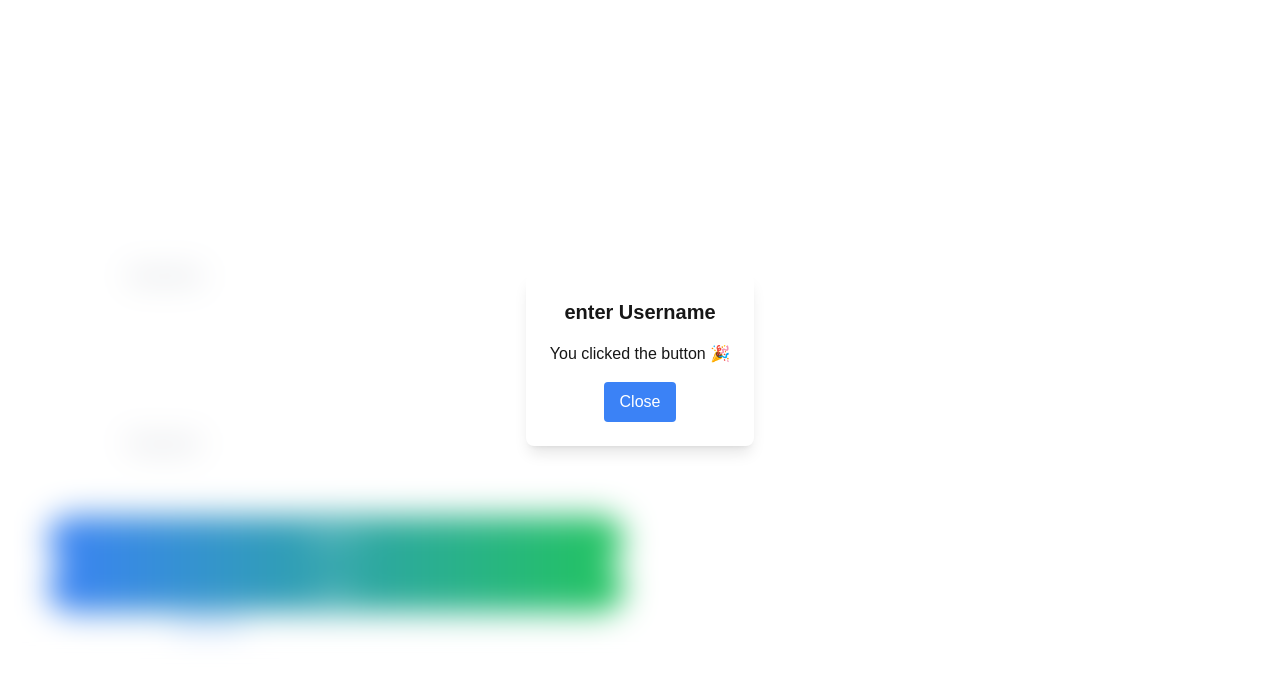
Repository: oxniw/usingmoney
Page: /signin, after clicking the first element matching `span.text-blue-500`
An editor plug-in stored every save of this project. The page is shown before and after the next save, followed by the edit.
The browser window is 1280 px wide. The pictures show the whole page.
The project was rebuilt for these pictures with package versions that can differ from the ones it lists, and the page was loaded fresh each time. The framework's server and built-in components were replaced by stand-ins that run in the browser. Also part of the build but not shown: next.config.ts. Imported but missing from the stored project, and not drawn on this page: components/ui/wavy-background.

Above is the page before, as saved 2025-04-09 18:49:50.

### src/app/signin/page.jsx
"use client";

import React, { useEffect, useState } from 'react';
import { useRouter } from 'next/navigation';
import { WavyBackground } from "../../../components/ui/wavy-background";
import '../components/animations.css'; // Import the animations CSS file
import Opup from './opop';
import axios from 'axios';
function Background() {
  const [username, setUsername] = useState("");
  const [password, setPassword] = useState("");
  const [birthday, setBirthday] = useState("");
  const [gender, setGender] = useState("");
  const [error, setError] = useState([]);
  const [showPopup, setShowPopup] = useState(false);
  const router = useRouter();
  const send = async () =>{
    const res = await axios.post("http://127.0.0.1:5000/api/signin", {username: username, password: password})
    return res.data
  }
  const goToAbout = () => {
    if ((username && password !== "") && (username && password !== null)) {
      send().then((data) => {
        console.log(data.message);
        console.log(data);
        if (data.message === "ok") {
          localStorage.setItem("username", username);
          localStorage.setItem("username", password);
          localStorage.setItem("day", "");
          router.push("/about");
        } else {
          setError(data.why)
        }
      })
    }

  };
  const goTologin = () => {

    router.push("/");
  }

  useEffect(() => {
    if(localStorage.getItem("username") !== null && localStorage.getItem("password") !== null){
      router.push("/about");
    }
  }, []);
//<WavyBackground className="fixed inset-0 w-full h-full z-0 bg-cover bg-center"/>
  return (
    <div className="relative h-screen overflow-y-scroll overflow-hidden">
      <div className="grid relative max-w-7xl max-h-7xl-lg rounded-2xl">
          <div className="relative mt-8 w-full max-w-2xl bg-gradient-to-r text-white p-12 rounded-3xl-lg fade-in top-10">
            <h1 className="text-white text-4xl md:text-6xl font-bold fade-in">Sign up</h1>
            <div className="relative w-full max-w-2xl bg-gradient-to-r text-white p-12 rounded-3xl-lg fade-in">
              <p className="relative z-10">username</p>
              <input
              onChange={(e) => setUsername(e.target.value)}
                className="relative z-10 w-full px-8 py-3 max-w-2xl rounded-3xl text-gray-700 bg-white focus:outline-none focus:ring-2 focus:ring-indigo-500"
                type="text"
                placeholder="Username"
              />
            </div>
            <div className="relative w-full max-w-2xl bg-gradient-to-r text-white p-12 rounded-3xl-lg fade-in">
              <p className="relative z-10">password</p>
              <input
              onChange={(e) => setPassword(e.target.value)}
                className="relative z-10 w-full max-w-2xl px-8 py-3 rounded-3xl text-gray-700 bg-white focus:outline-none focus:ring-2 focus:ring-indigo-500"
                type="password"
                placeholder="Password"
              />
            </div>
            <button
              onClick={goToAbout}
              className="relative z-10 w-full max-w-3xl py-3 rounded-3xl text-white bg-gradient-to-r from-blue-500 to-green-500 hover:from-blue-700 hover:to-green-700 focus:outline-none focus:ring-2 focus:ring-indigo-500">
              sign up
            </button>
            <button
            onClick={goTologin}
            className="relative z-10 w-full p-8 max-w-3xl py-3 rounded-3xl text-white bg-gradient-to-r from-blue-500 to-green-500 hover:from-blue-700 hover:to-green-700 focus:outline-none focus:ring-2 focus:ring-indigo-500">Log in</button>
            <div>
            forgot password? <span className="text-blue-500 cursor-pointer" onClick={() => setShowPopup(true)}>click here</span>
          </div>
          </div>

          <div>
            {showPopup && <Opup onClose={() => setShowPopup(false)}/>}
          </div>
        </div>
        {/*<div className="fixed bottom-0 w-full px-4 py-3 text-gray-700 bg-white shadow-sm">*/}
        {/*  {error.map((err, index) => <p key={index}>{err}</p>)}*/}
        {/*  </div>*/}
        <div className="fixed bottom-0 w-full px-4 py-3 text-white bg-black-200 shadow-sm">
          {error.map((err, index) => <p key={index}>{err}</p>)}
        </div>
    </div>
  );
}

export default Background;

### src/app/components/animations.css
@keyframes fadeIn {
    from {
      opacity: 0;
      transform: translateY(-20px);
    }
    to {
      opacity: 1;
      transform: translateY(0);
    }
  }
@keyframes faden {
    from {
      opacity: 0;
    }
    to {
      opacity: 1;
    }
  }
  .fade-in {
    animation: fadeIn 1s ease-out forwards;
  }
  .fade-n {
    animation: faden 1s ease-out forwards;
  }

### src/app/signin/opop.jsx
"use client";
import React, { useState, useEffect } from "react";
function opoup({ onClose }) {
    const [fadeOut, setFadeOut] = useState(false);
    const handleClose = () => {
        setFadeOut(true);
        setTimeout(() => {
          onClose();
        }, 300);
      };
  return (
    <div className={`fixed inset-0 flex items-center justify-center z-50 shadow-lg bg-gradient-to-r bg-opacity-10 backdrop-blur-lg transition-all duration-300 fadein ${fadeOut ? "opacity-0" : "opacity-100"} `}>
      <div className="bg-white p-6 rounded-lg shadow-lg text-center">
        <h2 className="text-xl font-bold mb-4">enter Username</h2>
        <p className="mb-4">You clicked the button 🎉</p>
        <button
          onClick={handleClose }
          className="bg-blue-500 text-white px-4 py-2 rounded hover:bg-blue-600"
        >
          Close
        </button>
      </div>
    </div>
  )
}

export default opoup

Loaded but not shown: src/app/layout.tsx (common file); src/app/globals.css (common file); tailwind.config.ts (common file)

After the next save:
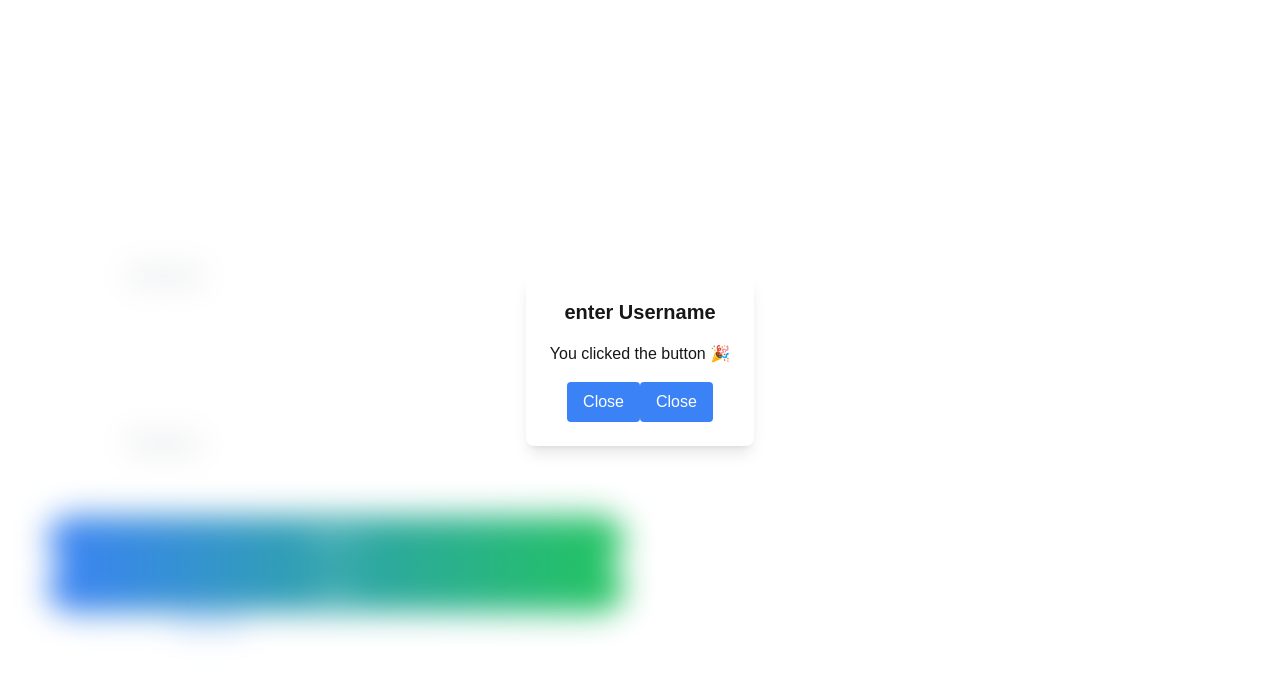
Saved 5 s later.
--- a/src/app/signin/opop.jsx
+++ b/src/app/signin/opop.jsx
@@ -19,6 +19,12 @@ function opoup({ onClose }) {
         >
           Close
         </button>
+        <button
+          onClick={handleClose }
+          className="bg-blue-500 text-white px-4 py-2 rounded hover:bg-blue-600"
+        >
+          Close
+        </button>
       </div>
     </div>
   )
